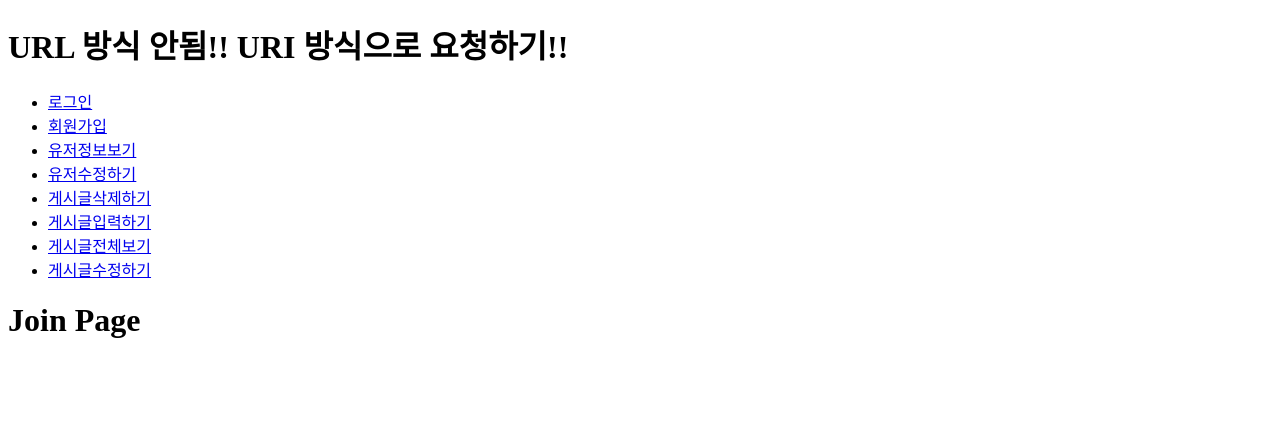
Repository: kimhaengun/Jsp
Page: http://localhost/hello/auth/join.jsp
The author's editor kept a copy of each file at every save. The page is drawn from the files as they stood at one save, then again after the next save.
The browser window is 1280 px wide. The pictures show the whole page.
The page is served by Tomcat 9. Other server files are loaded and not shown.

Above is the page before, as saved 2020-12-21 08:04:24.

### hello/WebContent/auth/join.jsp
<%@ page language="java" contentType="text/html; charset=UTF-8"
    pageEncoding="UTF-8"%>
<%@ include file="../layout/header.jsp" %>
<h1>Join Page</h1>
</body>
</html>

### hello/WebContent/layout/header.jsp
<%@ page language="java" contentType="text/html; charset=UTF-8"
    pageEncoding="UTF-8"%>

<%
   String contextPath = request.getContextPath();
   //out.println(contextPath);
   //<%=contextPath

%>

    <!DOCTYPE html>
<html>
<head>
<meta charset="UTF-8">
<title>Insert title here</title>
</head>
<body>
<h1>URL 방식 안됨!! URI 방식으로 요청하기!!</h1>
<ul>
   <!-- 절대경로 상대경로 -->
   <li><a href="<%=contextPath %>/user?gubun=login">로그인</a></li>
   <li><a href="<%=contextPath %>/user?gubun=join">회원가입</a></li>
   <li><a href="<%=contextPath %>/user?gubun=selectOne">유저정보보기</a></li>
   <li><a href="<%=contextPath %>/user?gubun=updateOne">유저수정하기</a></li>
   <li><a href="<%=contextPath %>/board?gubun=deleteOne">게시글삭제하기</a></li>
   <li><a href="<%=contextPath %>/board?gubun=insertOne">게시글입력하기</a></li>
   <li><a href="<%=contextPath %>/board?gubun=selectAll">게시글전체보기</a></li>
   <li><a href="<%=contextPath %>/board?gubun=updateOne">게시글수정하기</a></li>
</ul>

After the next save:
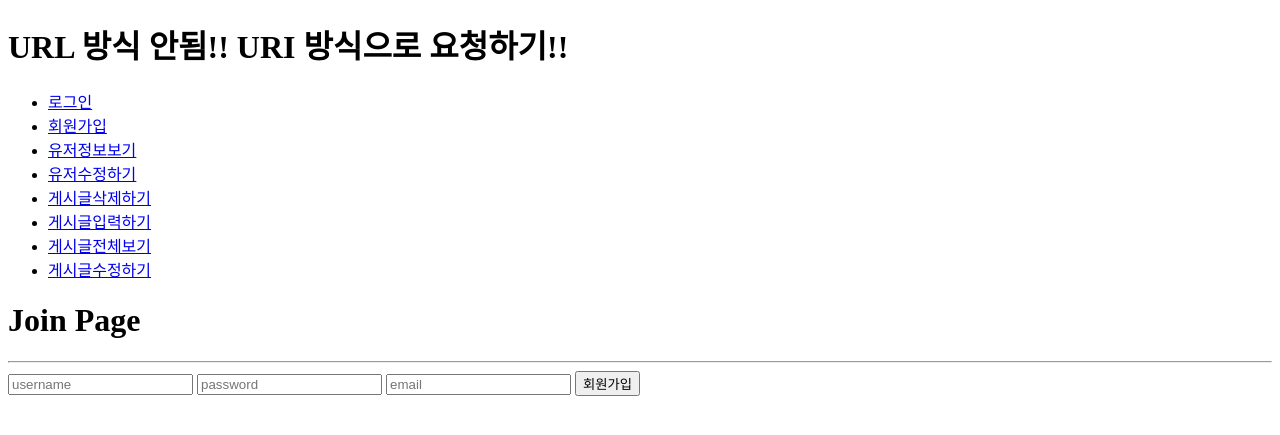
Saved 16 h 46 min later.
--- a/hello/WebContent/auth/join.jsp
+++ b/hello/WebContent/auth/join.jsp
@@ -2,5 +2,12 @@
     pageEncoding="UTF-8"%>
 <%@ include file="../layout/header.jsp" %>
 <h1>Join Page</h1>
+<hr/>
+<form action="/hello/user?gubun=joinProc"method="post">
+	<input type = "text"name="username"placeholder="username"/>
+	<input type = "password"name="password"placeholder="password"/>
+	<input type = "email"name="email"placeholder="email"/>
+	<button>회원가입</button>
+</form>
 </body>
 </html>
